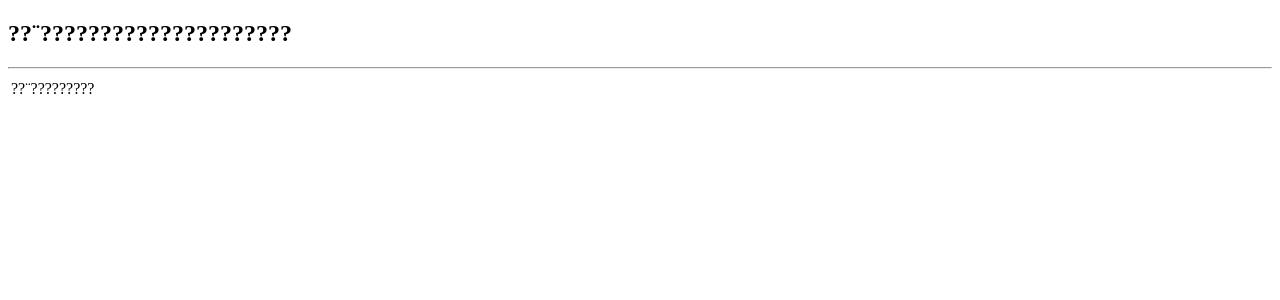
Repository: Lansefanggezi/JavaWeb
Page: http://localhost/HelloServlet/success.jsp
These files come from the project's save history. The page is drawn as it stood at one moment and after the next save; the edit follows.
The browser window is 1280 px wide. The pictures show the whole page.
The page is served by Tomcat 9. Other server files are loaded and not shown.

Above is the page before, as saved 2018-03-30 03:34:05.

### HelloServlet/WebContent/success.jsp
<%@ page language="java" contentType="text/html; charset=gb2312"
    pageEncoding="ISO-8859-1"%>
<!DOCTYPE html PUBLIC "-//W3C//DTD HTML 4.01 Transitional//EN" "http://www.w3.org/TR/html4/loose.dtd">
<html>
<head>
<meta http-equiv="Content-Type" content="text/html; charset=gb2312">
<title>注册成功</title>
</head>
<body>
<h2>注册成功信息如下</h2>
<hr>
<table>
<tr>
<td>用户名：</td>
<td>${userInfo.userName}</td>
</tr>
</table>
</body>
</html>

After the next save:
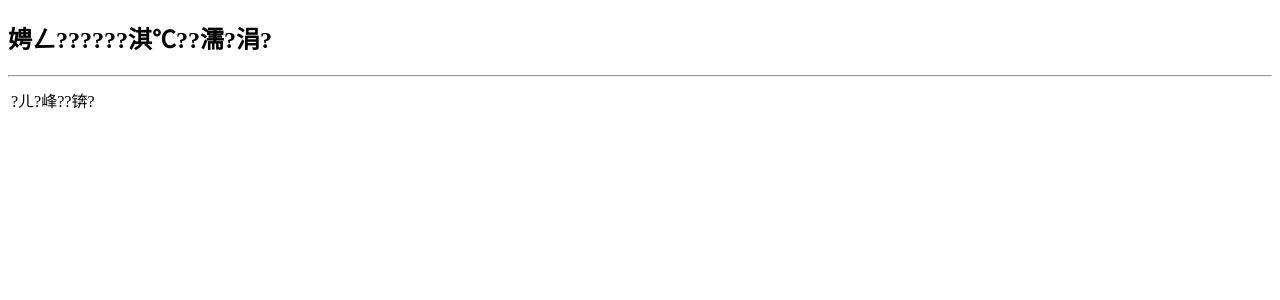
Saved 8 s later.
--- a/HelloServlet/WebContent/success.jsp
+++ b/HelloServlet/WebContent/success.jsp
@@ -1,5 +1,5 @@
 <%@ page language="java" contentType="text/html; charset=gb2312"
-    pageEncoding="ISO-8859-1"%>
+    pageEncoding="gb2312"%>
 <!DOCTYPE html PUBLIC "-//W3C//DTD HTML 4.01 Transitional//EN" "http://www.w3.org/TR/html4/loose.dtd">
 <html>
 <head>
